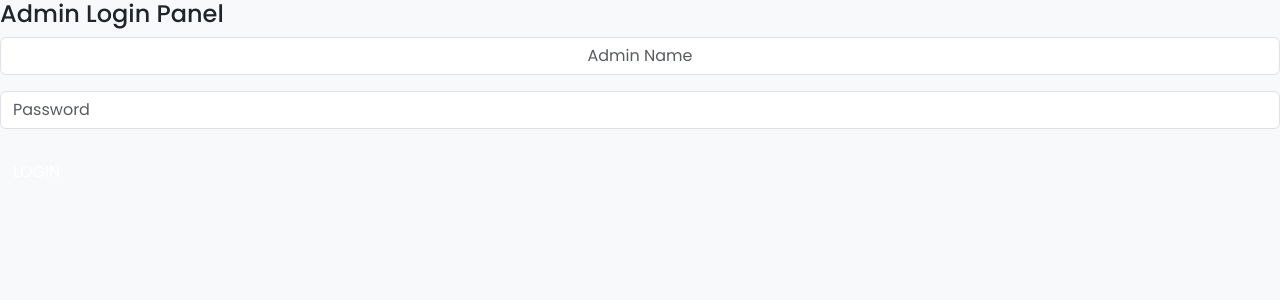
Repository: TaTongThanh2003/DoAnCoSo2024_BookingHotelWebsite
Page: http://localhost/Admin/Index.php
An editor plug-in stored every save of this project. The page is shown before and after the next save, followed by the edit.
The browser window is 1280 px wide. The pictures show the whole page.
Some web fonts or font styles are not loaded; a fallback is used. The page is run by PHP 8.4 with error messages shown; the project is at /var/www/html/.

Above is the page before, as saved 2024-03-28 22:33:00.

After the next save:
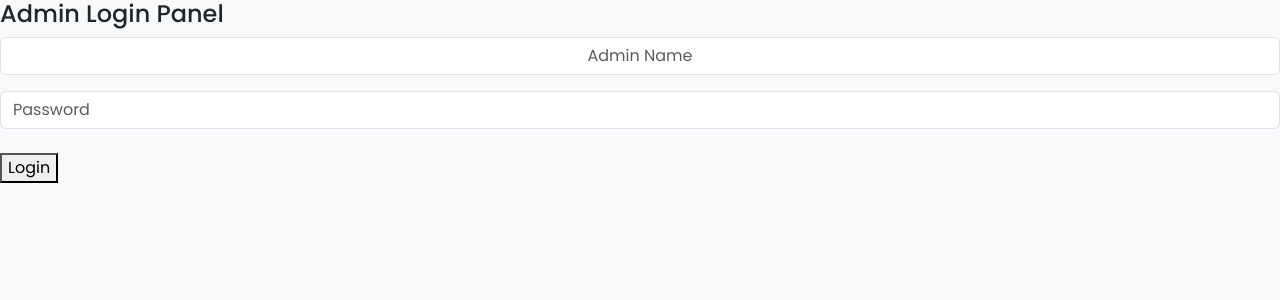
Saved 2 min 51 s later.
--- a/Admin/Index.php
+++ b/Admin/Index.php
@@ -25,7 +25,7 @@
                 <div class="mb-4">
                     <input type="password" class="form-control shadow-none" placeholder="Password">
                 </div>
-                <button type="submit" class="btn text-white custom-bg shadow-none">LOGIN</button>
+                <button type="submit">Login</button>
             </div>
         </form>
     </div>

After the save that followed:
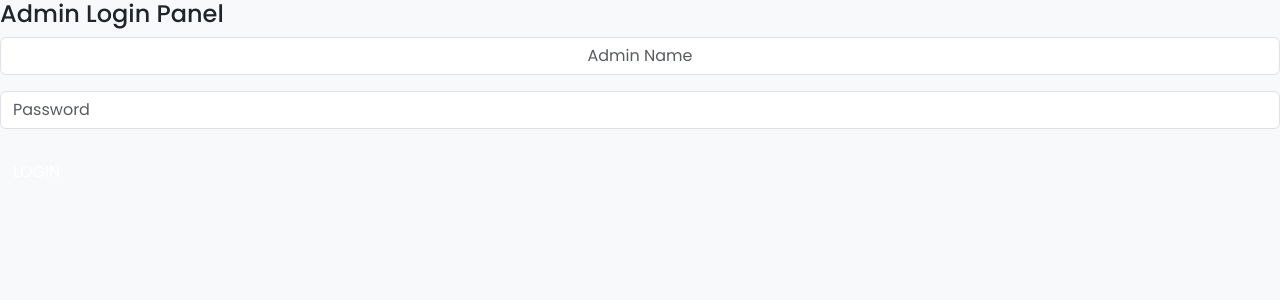
Saved 34 s later.
--- a/Admin/Index.php
+++ b/Admin/Index.php
@@ -25,7 +25,7 @@
                 <div class="mb-4">
                     <input type="password" class="form-control shadow-none" placeholder="Password">
                 </div>
-                <button type="submit">Login</button>
+                <button type="submit" class="btn text-white">LOGIN</button>
             </div>
         </form>
     </div>
